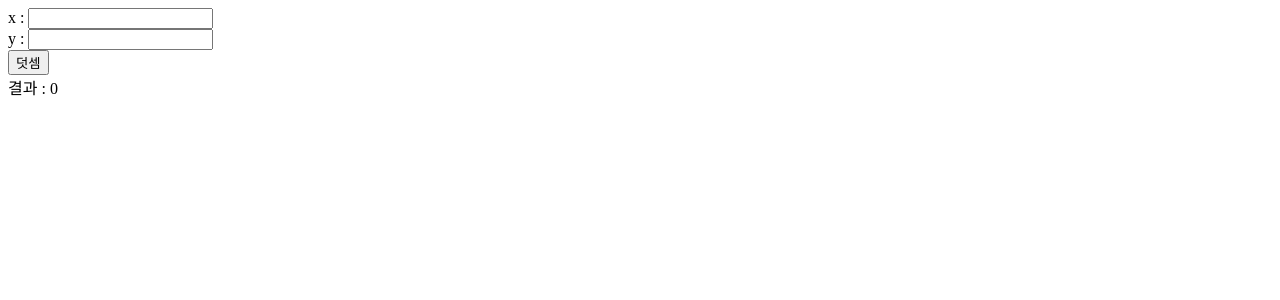
Repository: yunBibi/newlecture_jsp
Page: Test/src/main/webapp/calc.html
An editor plug-in stored every save of this project. The page is shown before and after the next save, followed by the edit.
The browser window is 1280 px wide. The pictures show the whole page.

Above is the page before, as saved 2021-11-29 22:15:53.

### Test/src/main/webapp/calc.html
<!DOCTYPE html>
<html>
<head>
<meta charset="UTF-8">
<title>Insert title here</title>
</head>
<body>
	<form action="calc" method="post">
		<div>
			<label> x : </label>
			<input type="text" name="x" />
		</div>
		<div>
			<label> y : </label>
			<input type="text" name="y" />
		</div>
		<div>
			<input type="submit" value="덧셈" />
		</div>
		<div>
			결과 : 0
		</div>
	</form>
</body>
</html>

After the next save:
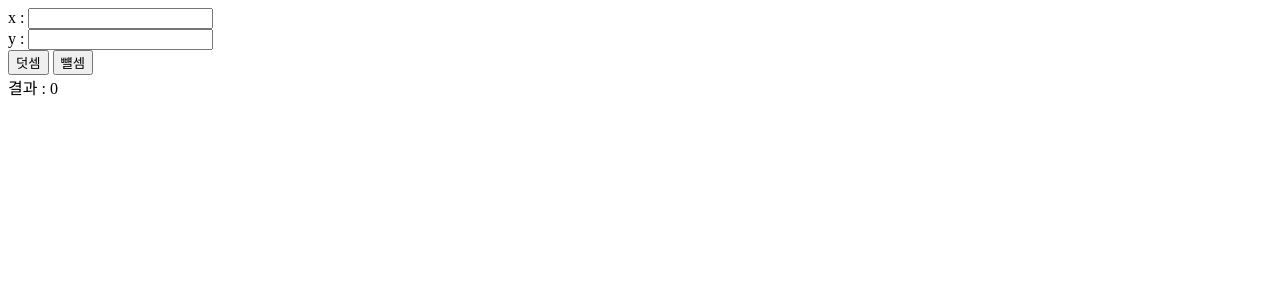
Saved 50 s later.
--- a/Test/src/main/webapp/calc.html
+++ b/Test/src/main/webapp/calc.html
@@ -16,6 +16,7 @@
 		</div>
 		<div>
 			<input type="submit" value="덧셈" />
+			<input type="submit" value="뺼셈" />
 		</div>
 		<div>
 			결과 : 0
